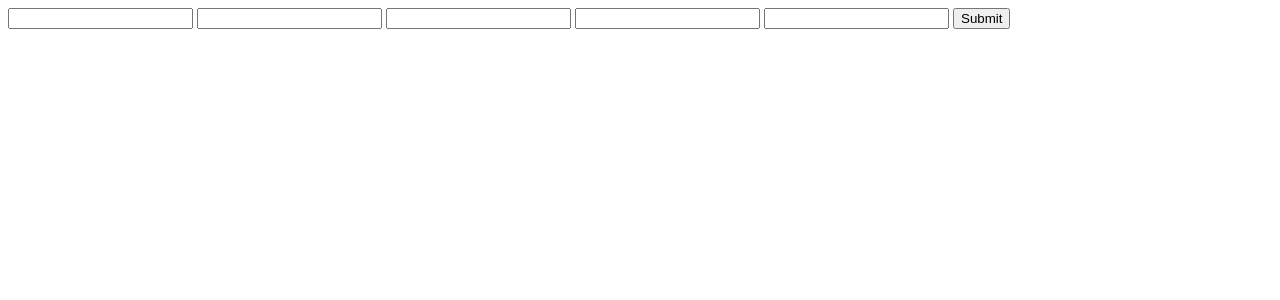
Repository: GitOnibi/jsp
Page: http://localhost/JSPprojec/notice/write_form.jsp?mode=write
An editor plug-in stored every save of this project. The page is shown before and after a run of saves, followed by the edit.
The browser window is 1280 px wide. The pictures show the whole page.
The page is served by Tomcat 9.

Above is the page before, as saved 2019-01-11 10:45:40.

After the next 2 saves:
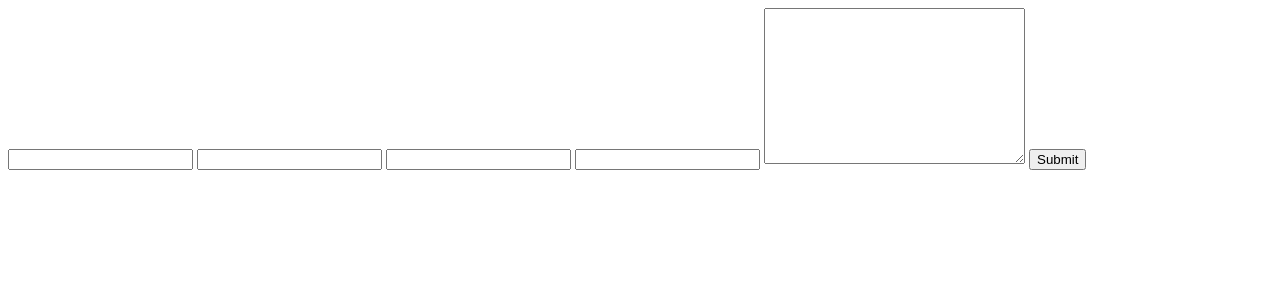
The 2 saves are shown as one change because they came seconds apart.
The last was saved 49 s later.
--- a/JSPprojec/WebContent/notice/write_form.jsp
+++ b/JSPprojec/WebContent/notice/write_form.jsp
@@ -11,7 +11,7 @@
 		<input type="text" name="user_pw"/>
 		<input type="text" namw="user_email"/>
 		<input type="text" name="title"/>
-		<input type="text" name="contents"/>
+		<textarea name="contents" id="" cols="30" rows="10"></textarea>
 		<input type="submit" />
 	</form>
 </body>
